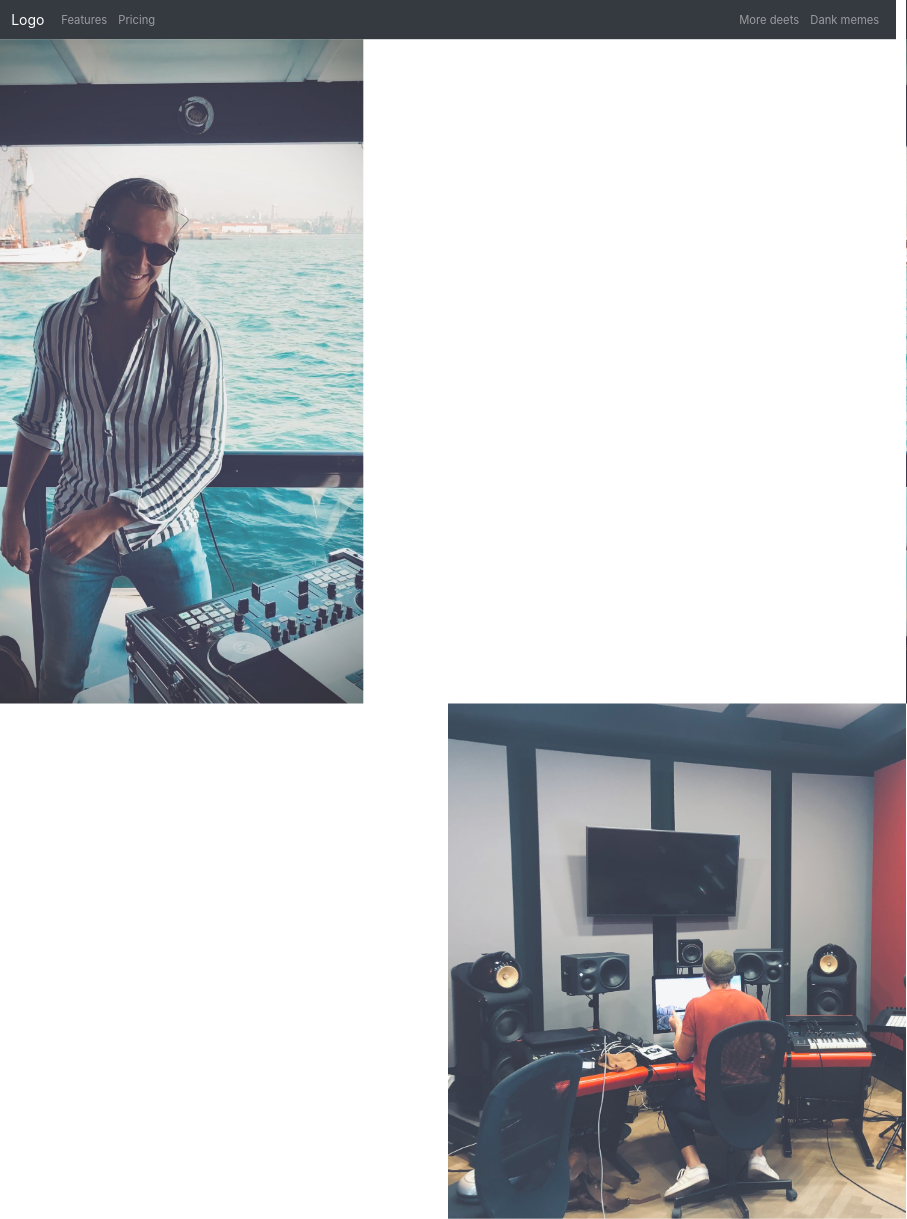
Repository: schweizercode/schweezzy
Page: /
The author's editor kept a copy of each file at every save. The page is drawn from the files as they stood at one save, then again after the next save.
The browser window is 1280 px wide. The page is 1295 px wide, so the pictures cover 1295 px, including what lies to the right of the window. The pictures show the part of the page from y = 0 to 1880 px (the page is 1741 px tall before and 2570 px after), at 70% of full size.
The project was rebuilt for these pictures with package versions that can differ from the ones it lists, and the page was loaded fresh each time.

Above is the page before, as saved 2021-04-14 13:48:02.

### public/index.html
<!DOCTYPE html>
<html lang="en">

<head>
  <meta charset="utf-8" />
  <link rel="icon" href="%PUBLIC_URL%/favicon.ico" />
  <meta name="viewport" content="width=device-width, initial-scale=1" />
  <meta name="theme-color" content="#000000" />
  <meta name="description" content="Web site created using create-react-app" />
  <link rel="apple-touch-icon" href="%PUBLIC_URL%/logo192.png" />
  <link rel="stylesheet" href="https://cdn.jsdelivr.net/npm/bootstrap@4.6.0/dist/css/bootstrap.min.css"
    integrity="sha384-B0vP5xmATw1+K9KRQjQERJvTumQW0nPEzvF6L/Z6nronJ3oUOFUFpCjEUQouq2+l" crossorigin="anonymous" />
  <!--
      manifest.json provides metadata used when your web app is installed on a
      user's mobile device or desktop. See https://developers.google.com/web/fundamentals/web-app-manifest/
    -->
  <link rel="manifest" href="%PUBLIC_URL%/manifest.json" />
  <!--
      Notice the use of %PUBLIC_URL% in the tags above.
      It will be replaced with the URL of the `public` folder during the build.
      Only files inside the `public` folder can be referenced from the HTML.

      Unlike "/favicon.ico" or "favicon.ico", "%PUBLIC_URL%/favicon.ico" will
      work correctly both with client-side routing and a non-root public URL.
      Learn how to configure a non-root public URL by running `npm run build`.
    -->
  <title>React App</title>
</head>

<body>
  <noscript>You need to enable JavaScript to run this app.</noscript>
  <div id="root"></div>
  <!--
      This HTML file is a template.
      If you open it directly in the browser, you will see an empty page.

      You can add webfonts, meta tags, or analytics to this file.
      The build step will place the bundled scripts into the <body> tag.

      To begin the development, run `npm start` or `yarn start`.
      To create a production bundle, use `npm run build` or `yarn build`.
    -->
</body>

</html>

### src/App.js
import React from 'react';
import './App.css';
import Navbar from './Navbar.js';
import Mainpage from './Mainpage.js';


function App() {
  return (
    <div className="App">
      <Navbar />
      <Mainpage />

    </div>
  );
}

export default App;

### src/Navbar.js
import { React } from 'react';
import * as ReactBootStrap from 'react-bootstrap';


function Nav() {
    return (

        <>
            <ReactBootStrap.Navbar collapseOnSelect expand="lg" bg="dark" variant="dark">
                <ReactBootStrap.Navbar.Brand href="#home">Logo</ReactBootStrap.Navbar.Brand>
                <ReactBootStrap.Navbar.Toggle aria-controls="responsive-navbar-nav" />
                <ReactBootStrap.Navbar.Collapse id="responsive-navbar-nav">
                    <ReactBootStrap.Nav className="mr-auto">
                        <ReactBootStrap.Nav.Link href="#features">Features</ReactBootStrap.Nav.Link>
                        <ReactBootStrap.Nav.Link href="#pricing">Pricing</ReactBootStrap.Nav.Link>
                        {/* <ReactBootStrap.NavDropdown title="Dropdown" id="collasible-nav-dropdown">
                            <ReactBootStrap.NavDropdown.Item href="#action/3.1">Action</ReactBootStrap.NavDropdown.Item>
                            <ReactBootStrap.NavDropdown.Item href="#action/3.2">Another action</ReactBootStrap.NavDropdown.Item>
                            <ReactBootStrap.NavDropdown.Item href="#action/3.3">Something</ReactBootStrap.NavDropdown.Item>
                            <ReactBootStrap.NavDropdown.Divider />
                            <ReactBootStrap.NavDropdown.Item href="#action/3.4">Separated link</ReactBootStrap.NavDropdown.Item>
                        </ReactBootStrap.NavDropdown> */}
                    </ReactBootStrap.Nav>
                    <ReactBootStrap.Nav>
                        <ReactBootStrap.Nav.Link href="#deets">More deets</ReactBootStrap.Nav.Link>
                        <ReactBootStrap.Nav.Link eventKey={2} href="#memes">
                            Dank memes
      </ReactBootStrap.Nav.Link>
                    </ReactBootStrap.Nav>
                </ReactBootStrap.Navbar.Collapse>
            </ReactBootStrap.Navbar>
        </>

    );
}

export default Nav;

### src/Mainpage.js
import React from 'react';
import img1 from './images/dj.jpg';
import img2 from './images/producer.jpg';




function Mainpage() {
    return (

        <div class='row'>
            <div class='column'>
                <img src={img1} alt="" style={{ width: '43%', float: 'left', opacity: '0.8' }} />

            </div>

            <div class='column'>
                <img src={img2} alt="" style={{ width: '50%', float: 'right', opacity: '0.8' }} />
            </div>
        </div>



    );
}



export default Mainpage;

Loaded but not shown: src/index.js (common file); src/index.css (common file); src/reportWebVitals.js (common file); src/App.css (common file)

After the next save:
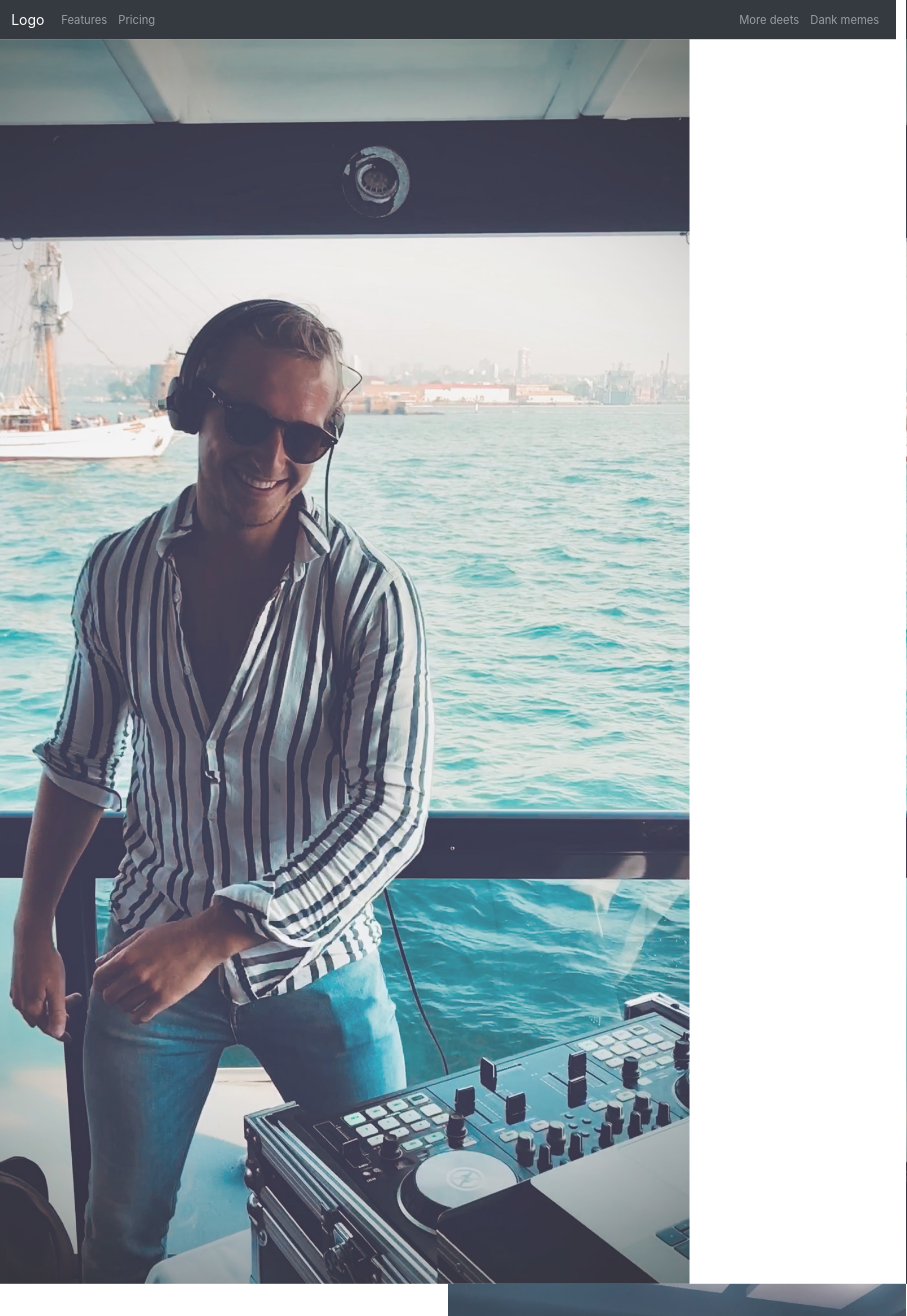
Saved 3 min 17 s later.
--- a/src/Mainpage.js
+++ b/src/Mainpage.js
@@ -10,7 +10,7 @@ function Mainpage() {
 
         <div class='row'>
             <div class='column'>
-                <img src={img1} alt="" style={{ width: '43%', float: 'left', opacity: '0.8' }} />
+                <img src={img1} alt="" style={{ width: '1000px', float: 'left', opacity: '0.8' }} />
 
             </div>
 
